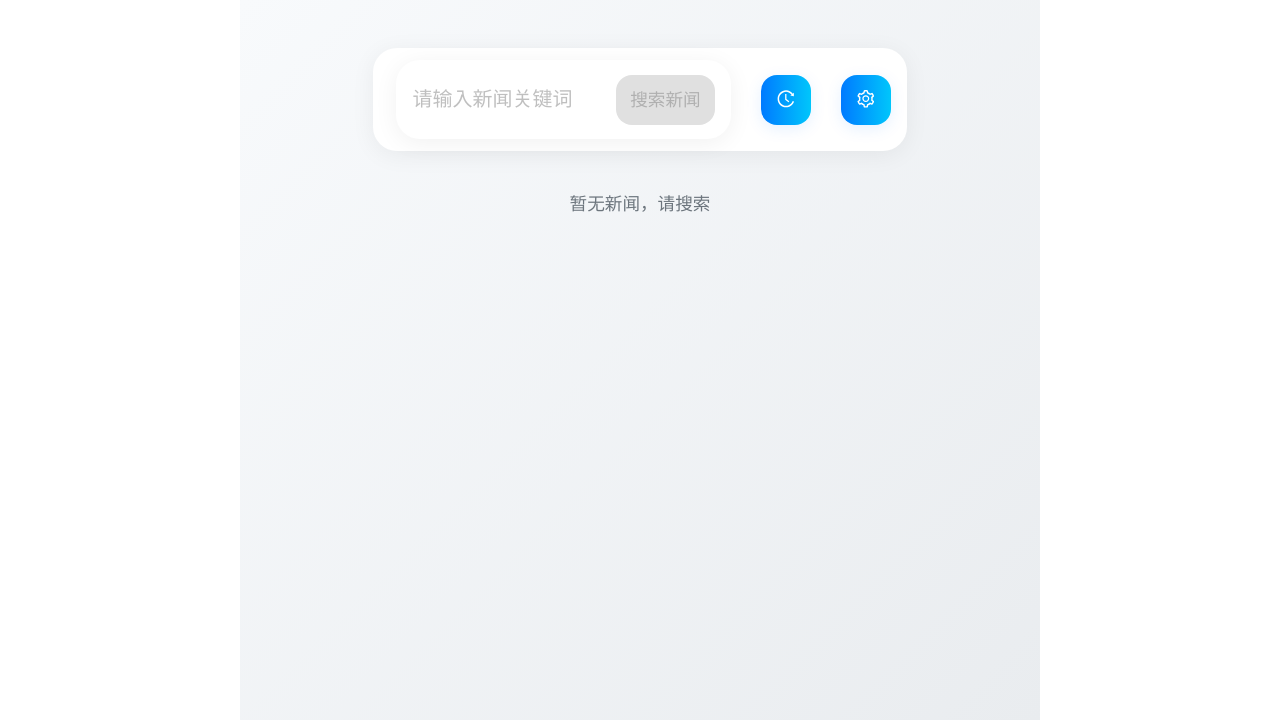
Repository: XJN7197/NewsAssistantBaseMCP
Page: / (app in frontend/)
The author's editor kept a copy of each file at every save. The page is drawn from the files as they stood at one save, then again after the next save.
The browser window is 1280 px wide. The pictures show the whole page.
The project was rebuilt for these pictures with package versions that can differ from the ones it lists, and the page was loaded fresh each time. Also part of the build but not shown: frontend/vite.config.ts, frontend/src/components/NewsCard.tsx.

Above is the page before, as saved 2025-05-25 19:55:15.

After the next save:
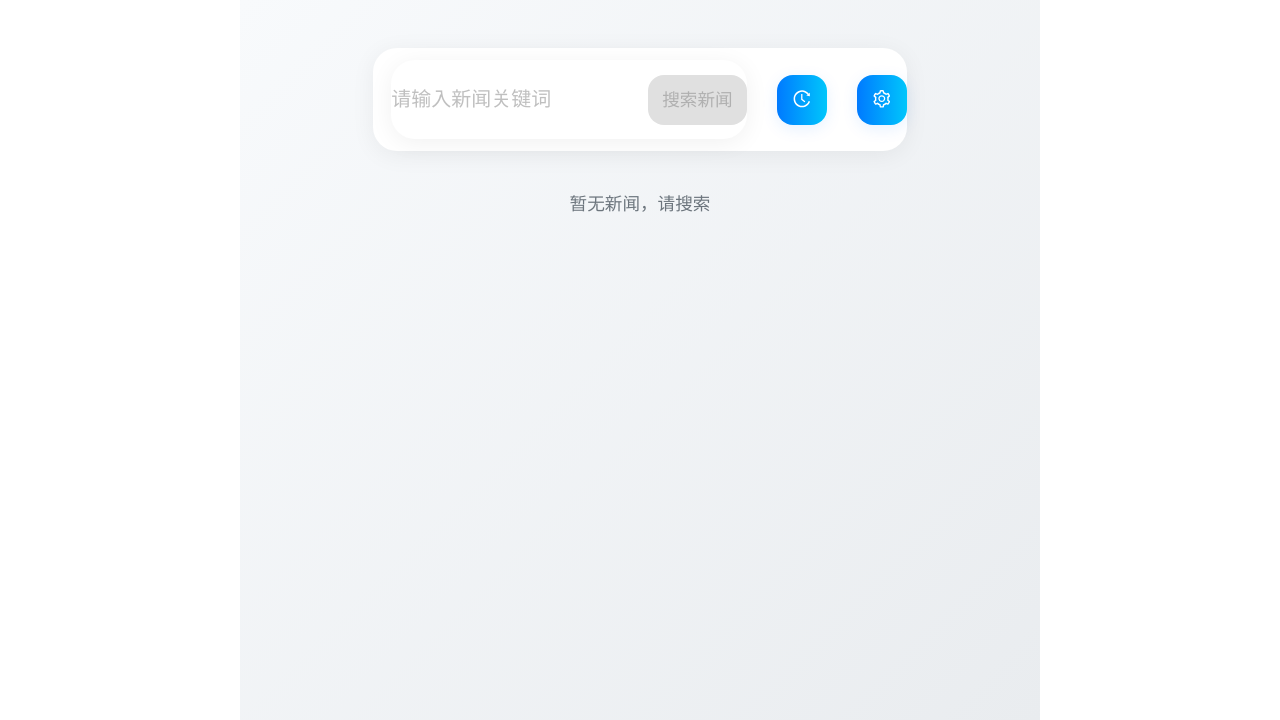
Saved 55 s later.
--- a/frontend/src/pages/Home.module.css
+++ b/frontend/src/pages/Home.module.css
@@ -20,7 +20,7 @@
   background: #fff;
   border-radius: 24px;
   box-shadow: 0 4px 24px 0 rgba(0,0,0,0.06);
-  padding: 12px 16px; /* 减小整体内边距 */
+  padding: 12px 0; /* 减小整体内边距 */
   width: 66.66%;
   max-width: none;
 }
